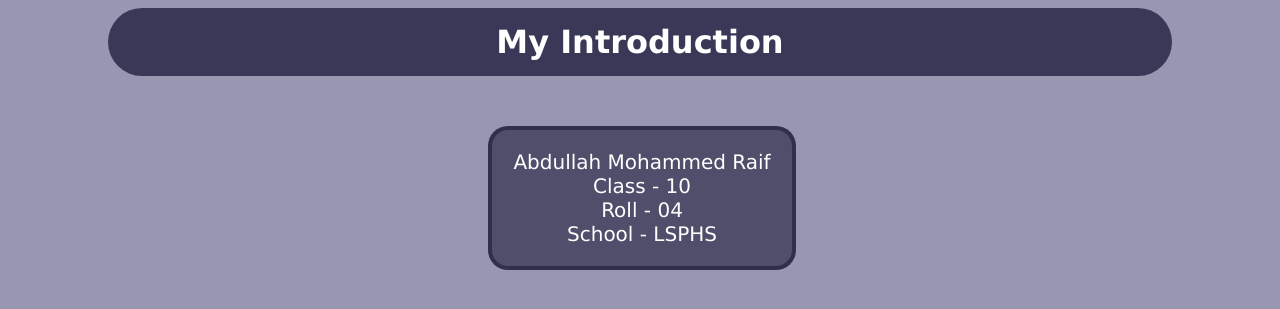
Repository: Raif-007/Portfolio
Page: index.html
These files come from the project's save history. The page is drawn as it stood at one moment and after the next save; the edit follows.
The browser window is 1280 px wide. The pictures show the whole page.

Above is the page before, as saved 2021-07-05 17:17:27.

### index.html
<!DOCTYPE html>
<html lang="en">

<head>
    <meta charset="UTF-8">
    <meta http-equiv="X-UA-Compatible" content="IE=edge">
    <meta name="viewport" content="width=device-width, initial-scale=1.0">
    <title>Portfolio</title>
    <link rel="stylesheet" href="styles.css">
</head>

<body>

    <h1>
        My Introduction
    </h1>
    <div>

        <p>
            Abdullah Mohammed Raif
            <br> Class - 10
            <br> Roll - 04
            <br> School - LSPHS

        </p>


    </div>
</body>

</html>

### styles.css
            body {
                background-color: rgba(54, 54, 105, 0.514);
                color: #ffffff;
                font-family: Verdana, Geneva, Tahoma, sans-serif;
                text-align: center;
            }

            h1 {
                background-color: rgba(25, 25, 56, 0.74);
                padding: 15px;
                margin: 0px 100px;
                border-radius: 50px;
            }

            div {
                font-size: 20px;
                border: 4px solid rgba(25, 25, 56, 0.568);
                width: 300px;
                margin-left: 480px;
                margin-top: 50px;
                background-color: rgba(25, 25, 56, 0.568);
                border-radius: 20px;
            }

After the next save:
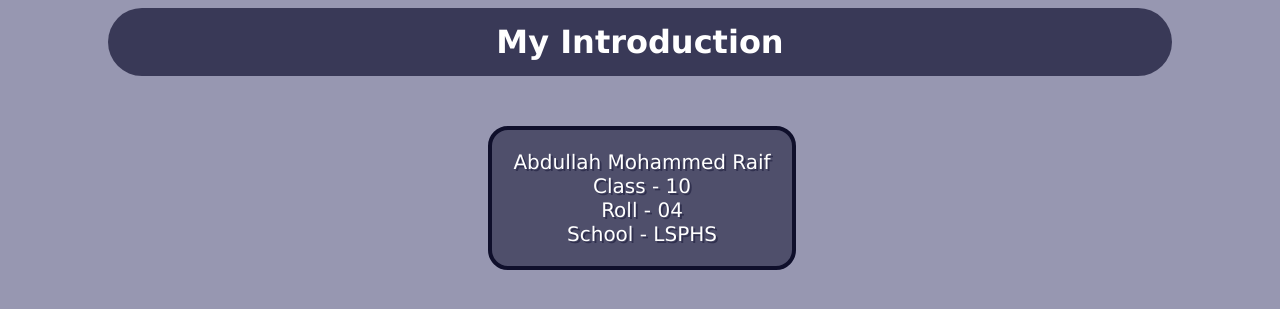
Saved 51 s later.
--- a/styles.css
+++ b/styles.css
@@ -14,10 +14,11 @@
 
             div {
                 font-size: 20px;
-                border: 4px solid rgba(25, 25, 56, 0.568);
+                border: 4px solid rgb(15, 15, 43);
                 width: 300px;
                 margin-left: 480px;
                 margin-top: 50px;
                 background-color: rgba(25, 25, 56, 0.568);
                 border-radius: 20px;
+                text-shadow: 2px 2px rgba(25, 25, 56, 0.568)
             }
